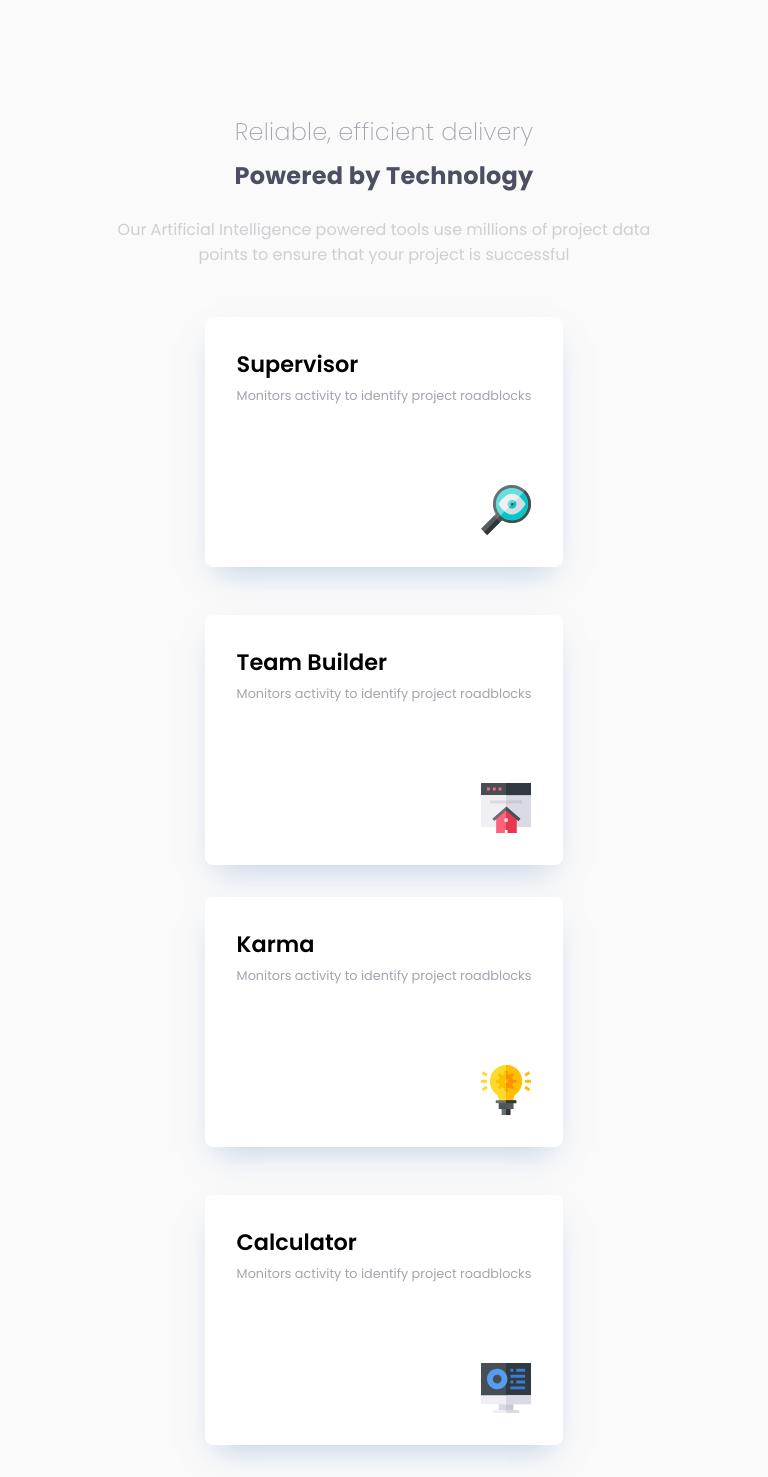
Repository: brandontaylor1/four-card-feature
Page: index.html
The author's editor kept a copy of each file at every save. The page is drawn from the files as they stood at one save, then again after the next save.
The browser window is 768 px wide. The pictures show the whole page.

Above is the page before, as saved 2025-01-10 19:33:28.

### index.html
<!DOCTYPE html>
<html lang="en">
<head>
    <meta charset="UTF-8">
    <meta name="viewport" content="width=device-width, initial-scale=1.0">
    <link rel="preconnect" href="https://fonts.googleapis.com">
    <link rel="preconnect" href="https://fonts.gstatic.com" crossorigin>
    <link href="https://fonts.googleapis.com/css2?family=Poppins:ital,wght@0,100;0,200;0,300;0,400;0,500;0,600;0,700;0,800;0,900;1,100;1,200;1,300;1,400;1,500;1,600;1,700;1,800;1,900&display=swap" rel="stylesheet">
    <link rel="stylesheet" href="styles.css">
    <title>Four Card Feature</title>
</head>
<body>
    <main class="container">
        <div class="page-content">
            <h1>Reliable, efficient delivery</h1>
            <h2>Powered by Technology</h2>
            <p>Our Artificial Intelligence powered tools use millions of project data points to ensure that your project is successful</p>
        </div>
        <div class="column-container">
            <div class="card-column">
                <div class="card">
                    <h3>Supervisor</h3>
                    <p>Monitors activity to identify project roadblocks</p>
                    <img src="./assets/images/icon-supervisor.svg" alt="Supervisor Icon">
                </div>
            </div>

            <div class="card-column">
                <div class="card">
                    <h3>Team Builder</h3>
                    <p>Monitors activity to identify project roadblocks</p>
                    <img src="./assets/images/icon-team-builder.svg" alt="Supervisor Icon">
                </div>
                <div class="card">
                    <h3>Karma</h3>
                    <p>Monitors activity to identify project roadblocks</p>
                    <img src="./assets/images/icon-karma.svg" alt="Supervisor Icon">
                </div>
            </div>

            <div class="card-column">
                <div class="card">
                    <h3>Calculator</h3>
                    <p>Monitors activity to identify project roadblocks</p>
                    <img src="./assets/images/icon-calculator.svg" alt="Supervisor Icon">
                </div>
            </div>
        </div>
    </main>

</body>
</html>

### styles.css
* {
    margin: 0;
    padding: 0;
    box-sizing: border-box;
}

:root {
    --primary-red: hsl(0, 78%, 62%);
    --primary-cyan: hsl(180, 62%, 55%);
    --primary-orange: hsl(34, 97%, 64%);
    --primary-blue: hsl(212, 86%, 64%);

    --secondary-dark-blue: hsl(234, 12%, 34%);
    --secondary-grayish-blue: hsl(229, 6%, 66%);
    --secondary-light-gray: hsl(0, 0%, 98%);
}

.container {
    height: 100vh;
    display: flex;
    align-items: center;
    justify-content: center;
    flex-direction: column;
    background-color: #FAFAFA;
}

.page-content {
    display: flex;
    flex-direction: column;
    align-items: center;
    justify-content: space-between;
    height: 150px;
    width: 540px;
    margin-bottom: 50px;
}

.page-content h1 {
    font-size: 2.5rem;
    font-family: "Poppins", sans-serif;
    font-weight: 200;
    line-height: 54px;
    letter-spacing: .25px;
    color: var(--secondary-grayish-blue);
}

.page-content h2 {
    font-size: 2.5rem;
    font-family: "Poppins", sans-serif;
    font-weight: 700;
    line-height: 54px;
    letter-spacing: .25px;
    color: var(--secondary-dark-blue);
    margin-bottom: 13px;
}

.page-content p {
    font-size: 1rem;
    font-family: "Poppins", sans-serif;
    font-weight: 400;
    line-height: 25px;
    text-align: center;
    color: var(--secondary-grayish-blue);
    opacity: 0.5

}

.column-container {
    display: grid;
    justify-content: center;
    align-items: center;
    grid-template-columns: repeat(3, 1fr);
    grid-template-rows: repeat(2, auto);
    gap: 3rem;
}

.card:nth-child(2) {
    margin-top: 2rem;
}

.card {
    width: 350px;
    height: 250px;
    border-radius: 0.5rem;
    padding: 2rem;
    position: relative;
    background: #FFF;
    box-shadow: 0px 15px 30px -11px rgba(131, 166, 210, 0.50);
}

.card h3 {
    font-size: 1.4rem;
    font-family: "Poppins", sans-serif;
    font-weight: 600;
    line-height: 30px;
    margin-bottom: 4px;
}

.card p {
    font-size: .8rem;
    font-family: "Poppins", sans-serif;
    font-weight: 400;
    line-height: 25px;
    font-family: "Poppins", sans-serif;
    color: var(--secondary-grayish-blue);
}

.card img {
    width: 50px;
    height: 50px;
    position: absolute;
    bottom: 2rem;
    right: 2rem;
}

@media (max-width: 900px) {
    .container {
        height: auto;
        padding: 2rem;
    }

    .page-content {
        margin-top: 85px;
    }

    .page-content h1 {
        font-size: 1.5rem;
        line-height: 30px;
    }

    .page-content h2 {
        font-size: 1.5rem;
        line-height: 30px;
    }

    .card {
        width: 100%;
    }

    .column-container {
        grid-template-columns: 1fr;
    }
}

After the next save:
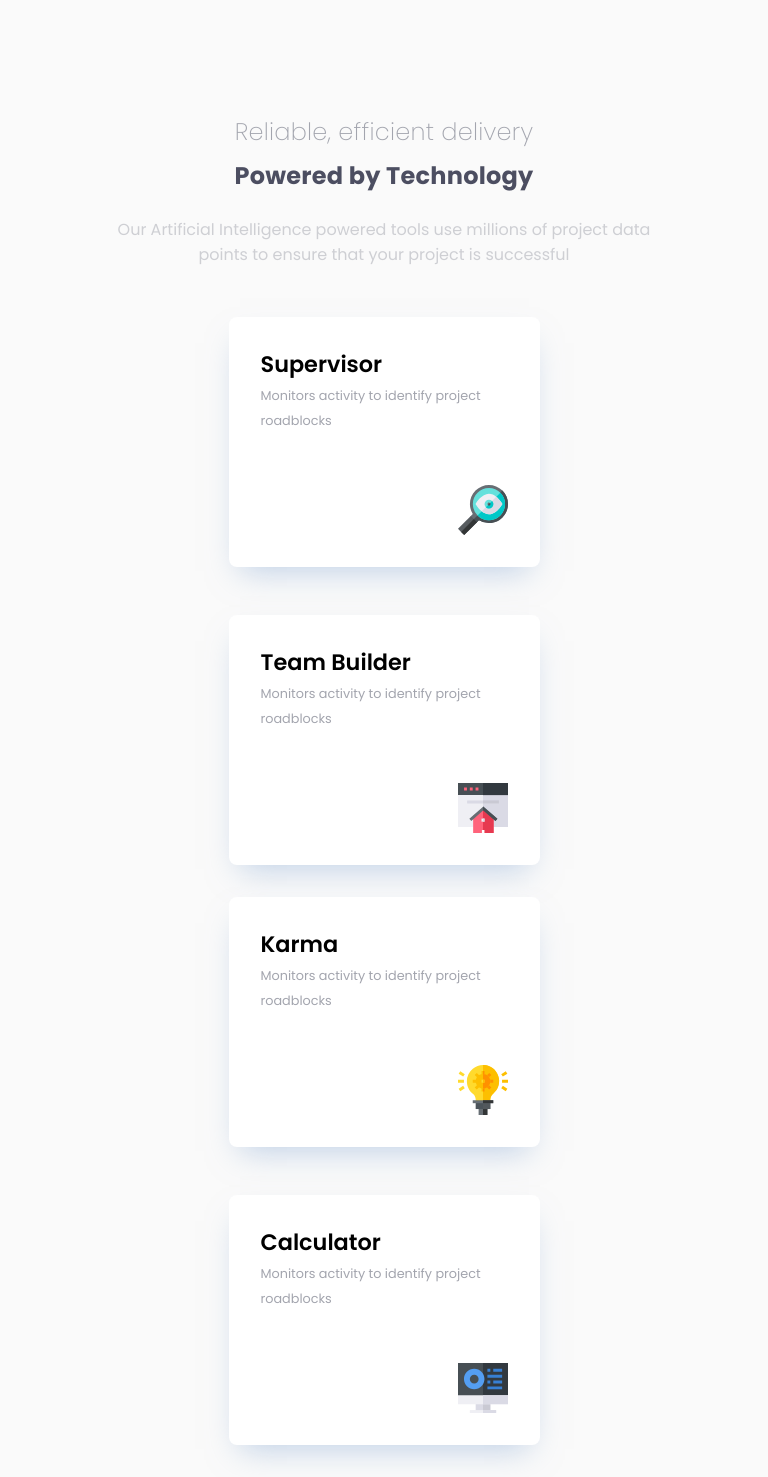
Saved 5 min 37 s later.
--- a/styles.css
+++ b/styles.css
@@ -133,7 +133,7 @@
     }
 
     .card {
-        width: 100%;
+        width: 311px;
     }
 
     .column-container {
